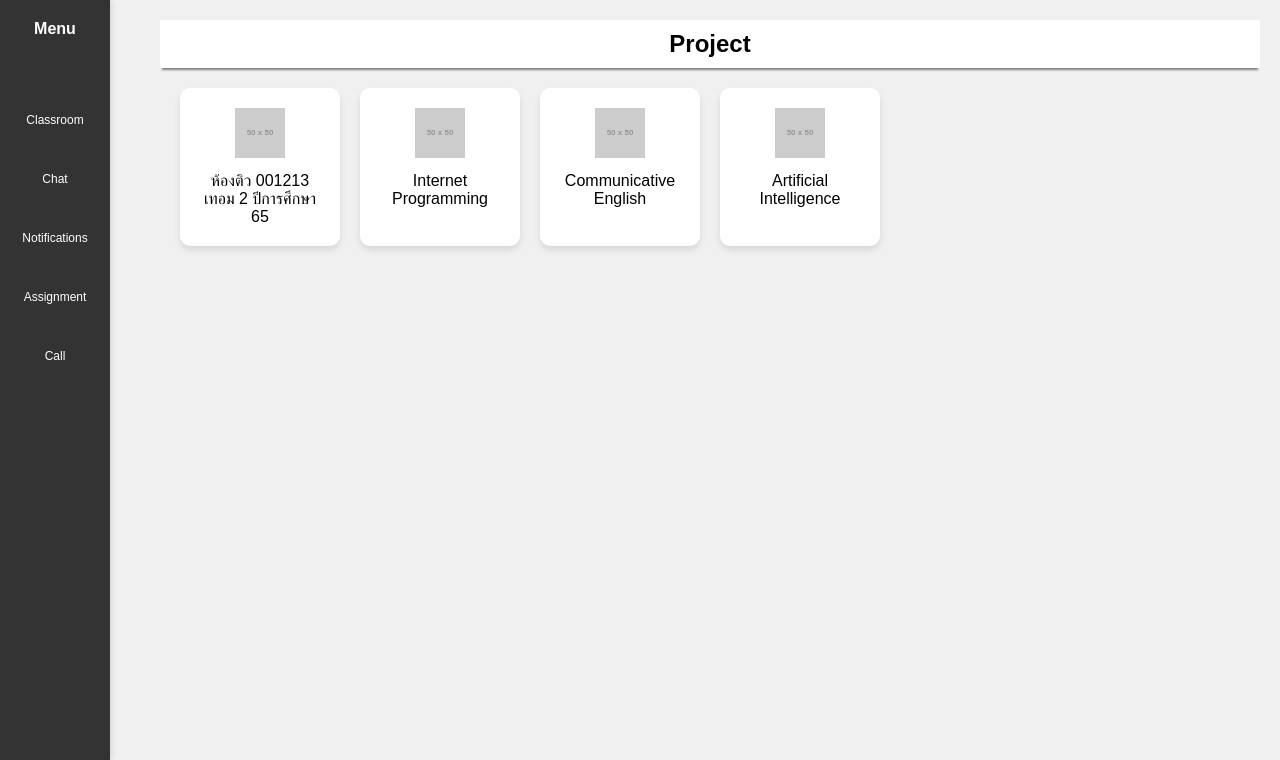
Repository: praifas16/ProPro
Page: docs/studenthead.html
An editor plug-in stored every save of this project. The page is shown before and after the next save, followed by the edit.
The browser window is 1280 px wide. The pictures show the whole page.

Above is the page before, as saved 2024-08-21 20:12:46.

### docs/studenthead.html
<!DOCTYPE html>
<html lang="th">
<head>
    <meta charset="UTF-8">
    <meta name="viewport" content="width=device-width, initial-scale=1.0">
    <title>My Dashboard</title>
    <style>
        body {
            font-family: Arial, sans-serif;
            margin: 0;
            padding: 0;
            background-color: #f0f0f0;
            display: flex;
        }

        /* เมนูแถบข้าง */
        .sidebar {
            width: 70px;
            background-color: #333;
            color: white;
            height: 100vh;
            padding: 20px 20px;
            box-shadow: 2px 0 5px rgba(0, 0, 0, 0.1);
            display: flex;
            flex-direction: column;
            align-items: center;
        }

        .menu-header {
            margin-bottom: 40px; /* ปรับระยะห่าง */
            font-size: 16px;
            font-weight: bold;
        }

        .menu-items {
            margin-top: 20px; /* เพิ่มระยะห่างด้านบน เพื่อให้ตรงกับบ็อกสี่เหลี่ยม */
        }

        .sidebar a {
            display: flex;
            flex-direction: column;
            align-items: center;
            color: white;
            padding: 10px;
            text-decoration: none;
            margin-bottom: 20px;
            font-size: 12px;
            text-align: center;
        }

        .sidebar a:hover {
            background-color: #5f5f5f;
            border-radius: 4px;
            width: 80%;
            text-align: center;
        }

        .sidebar i {
            font-size: 24px;
            margin-bottom: 5px;
        }

        /* โครงสร้างหน้าเว็บหลัก */
        .main-content {
            flex-grow: 1;
            padding: 20px 20px 20px 50px; /* เพิ่ม padding ด้านซ้ายเพื่อให้เนื้อหาหลักอยู่ในระนาบเดียวกัน */
        }

        header {
            background-color: #ffffff;
            padding: 10px;
            text-align: center;
            box-shadow: 0px 4px 2px -2px gray;
        }

        h1 {
            margin: 0;
            font-size: 24px;
        }

        .container {
            display: grid;
            grid-template-columns: repeat(auto-fill, minmax(150px, 1fr));
            gap: 20px;
            padding: 20px;
        }

        .card {
            background-color: #ffffff;
            border-radius: 10px;
            box-shadow: 0 4px 6px rgba(0, 0, 0, 0.1);
            text-align: center;
            padding: 20px;
            transition: transform 0.3s;
        }

        .card:hover {
            transform: scale(1.05);
        }

        .card img {
            width: 50px;
            height: 50px;
            margin-bottom: 10px;
        }

        .card p {
            margin: 0;
            font-size: 16px;
        }
    </style>
</head>
<body>
    <!-- เมนูแถบข้าง -->
    <div class="sidebar">
        <div class="menu-header">Menu</div>
        <div class="menu-items">
            <a href="#"><i class="fa fa-home"></i><span>Classroom</span></a>
            <a href="#"><i class="fa fa-users"></i><span>Chat</span></a>
            <a href="#"><i class="fa fa-notificat"></i><span>Notifications</span></a>
            <a href="#"><i class="fa fa-assign"></i><span>Assignment</span></a>
            <a href="#"><i class="fa fa-phone"></i><span>Call</span></a>
        </div>
    </div>

    <!-- เนื้อหาหลัก -->
    <div class="main-content">
        <header>
            <h1>Project</h1>
        </header>
        <div class="container">
            <div class="card">
                <img src="https://via.placeholder.com/50" alt="icon">
                <p>ห้องติว 001213 เทอม 2 ปีการศึกษา 65</p>
            </div>
            <div class="card">
                <img src="https://via.placeholder.com/50" alt="icon">
                <p>Internet Programming</p>
            </div>
            <div class="card">
                <img src="https://via.placeholder.com/50" alt="icon">
                <p>Communicative English</p>
            </div>
            <div class="card">
                <img src="https://via.placeholder.com/50" alt="icon">
                <p>Artificial Intelligence</p>
            </div>
            <!-- เพิ่มเติม Card อื่น ๆ ตามต้องการ -->
        </div>
    </div>
</body>
</html>

After the next save:
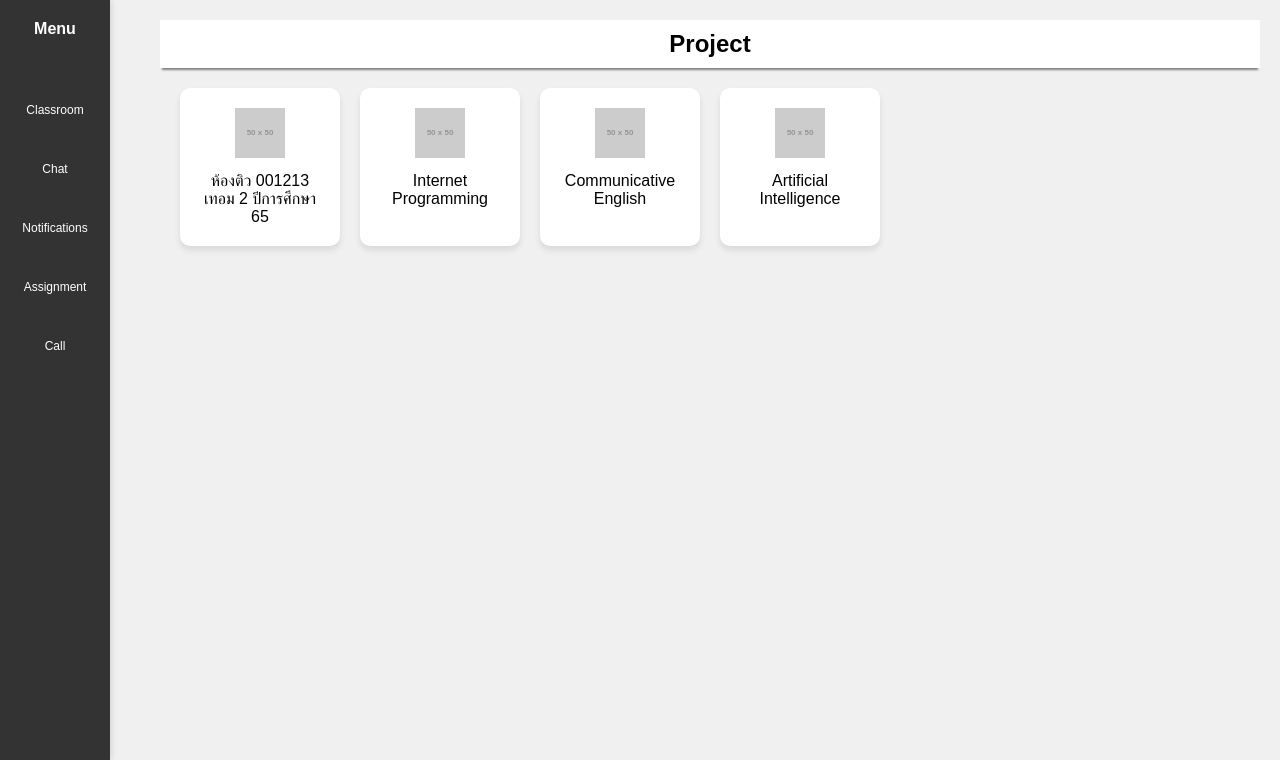
Saved 9 s later.
--- a/docs/studenthead.html
+++ b/docs/studenthead.html
@@ -33,7 +33,7 @@
         }
 
         .menu-items {
-            margin-top: 20px; /* เพิ่มระยะห่างด้านบน เพื่อให้ตรงกับบ็อกสี่เหลี่ยม */
+            margin-top: 10px; /* เพิ่มระยะห่างด้านบน เพื่อให้ตรงกับบ็อกสี่เหลี่ยม */
         }
 
         .sidebar a {
